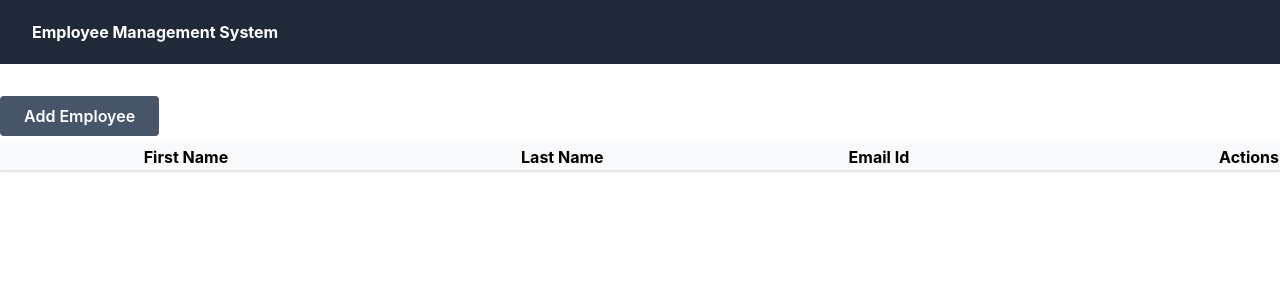
Repository: Atanu484/Full-Stack-Employee-Management-System
Page: / (app in employee-system-frontend/)
The author's editor kept a copy of each file at every save. The page is drawn from the files as they stood at one save, then again after the next save.
The browser window is 1280 px wide. The pictures show the whole page.
The project was rebuilt for these pictures with package versions that can differ from the ones it lists, and the page was loaded fresh each time. Also part of the build but not shown: employee-system-frontend/src/App.css, employee-system-frontend/src/services/EmployeeService.js, employee-system-frontend/src/components/AddEmployee.js.

Above is the page before, as saved 2022-08-15 02:16:24.

After the next save:
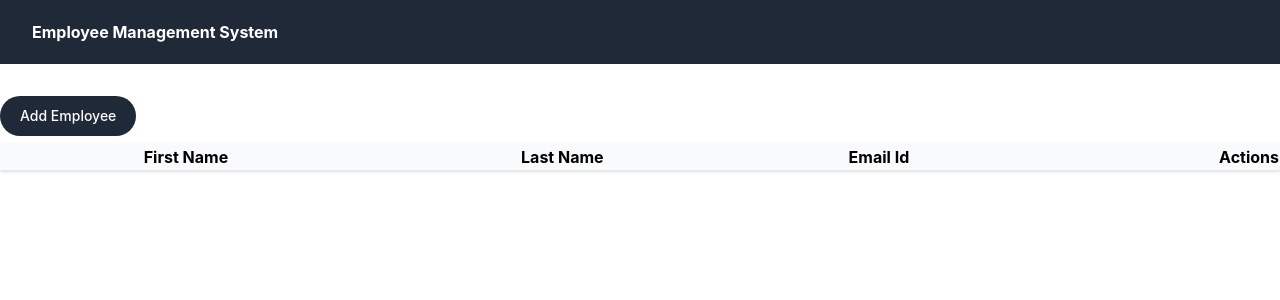
Saved 45 s later.
--- a/employee-system-frontend/src/components/EmployeeList.js
+++ b/employee-system-frontend/src/components/EmployeeList.js
@@ -4,10 +4,7 @@ const EmployeeList = () => {
     return (
         <div className="container mx-auto my-8">
             <div className="h-12">
-                <button
-                    className="rounded bg-slate-600 text-white px-6 py-2 font-semibold">
-                    Add Employee
-                </button>
+                <button type="button" class="text-white bg-gray-800 hover:bg-gray-900 focus:outline-none focus:ring-4 focus:ring-gray-300 font-medium rounded-full text-sm px-5 py-2.5 mr-2 mb-2 dark:bg-gray-800 dark:hover:bg-gray-700 dark:focus:ring-gray-700 dark:border-gray-700">Add Employee</button>
             </div>
             <div className="flex shadow border-b">
                 <table className="min-w-full">
